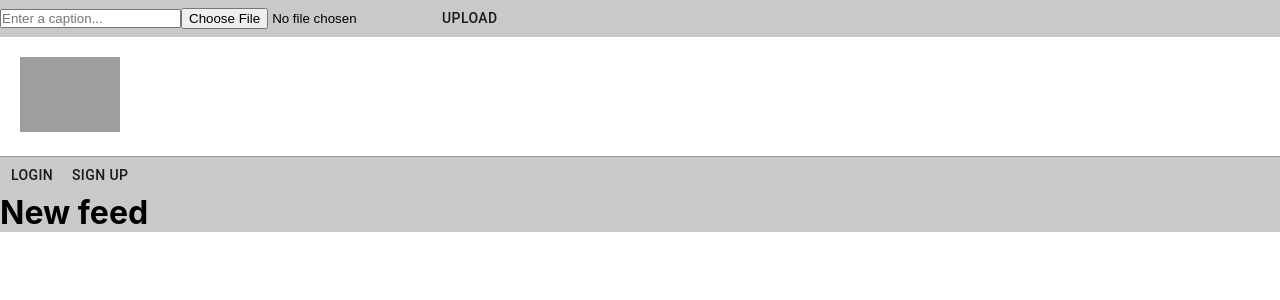
Repository: SerbanLuca/Instagram-clone
Page: /
These files come from the project's save history. The page is drawn as it stood at one moment and after the next save; the edit follows.
The browser window is 1280 px wide. The pictures show the whole page.
Pictures or frames that could not be fetched are drawn as grey boxes. The page's requests for data from a server got no answer. The project was rebuilt for these pictures with package versions that can differ from the ones it lists, and the page was loaded fresh each time. No one was signed in, and anything a server would have sent is missing. Also part of the build but not shown: src/components/Post.css, src/components/Post.js.

Above is the page before, as saved 2021-05-24 18:19:45.

### src/App.js
import './App.css';
import Post from './components/Post'
import React, {useState, useEffect} from 'react'
import {auth, db} from './firebase'
import { makeStyles } from '@material-ui/core/styles';
import Modal from '@material-ui/core/Modal';
import { Button, Input } from '@material-ui/core';
import ImageUpload from './components/ImageUpload';

function getModalStyle() {
  const top = 50;
  const left = 50;

  return {
    top: `${top}%`,
    left: `${left}%`,
    transform: `translate(-${top}%, -${left}%)`,
  };
}

const useStyles = makeStyles((theme) => ({
  paper: {
    position: 'absolute',
    width: 400,
    backgroundColor: theme.palette.background.paper,
    border: '2px solid #000',
    boxShadow: theme.shadows[5],
    padding: theme.spacing(2, 4, 3),
  },
}));


function App() {
  const classes = useStyles();
  const [posts, setPosts] = useState([])
  const [open, setOpen] = useState(false)
  const [modalStyle] = useState(getModalStyle);
  const [username, setUsername] = useState('');
  const [email, setEmail] = useState('')
  const [password, setPassword] = useState('')
  const [user, setUser] = useState(null)
  const [openSignIn, setOpenSignIn] = useState(false)

  useEffect(() => {
    const unsubscribe = auth.onAuthStateChanged((authUser) => {
      if(authUser){
        //user has logged in
        console.log(authUser)
        setUser(authUser)
      }
      else{
        //the user has logged out
        setUser(null)
      }
    })
    return () => {
      unsubscribe()
    }
  },[user, username])

  useEffect(() => {
    db.collection('posts').onSnapshot(snapshot => {
      setPosts(snapshot.docs.map(doc => ({
        id: doc.id,
        post: doc.data()})))
    })
  },[])

  const signUp = (event) => {
    event.preventDefault();
    auth.createUserWithEmailAndPassword(email, password)
    .then((authUser) => {
      return authUser.user.updateProfile({
        displayName: username
      })
    })
    .catch((error) => alert(error.message))
    setOpen(false)
  }

  const signIn = (event) => {
    event.preventDefault();
    auth.signInWithEmailAndPassword(email, password)
    .catch((error) => alert(error.message))
    setOpenSignIn(false)
  }


  return (
    <div className="app">
      <ImageUpload />
      <Modal
        open={open}
        onClose={() => setOpen(false)}
      >
        <div style={modalStyle} className={classes.paper}>
          <form className='app__signup'>
            <center>
              <img src='https://cdn.shopify.com/s/files/1/0249/5892/6941/products/stickerirononInstagram-Logo_3840x.png?v=1615134485' alt='' className='app__headerImage'/>
              <Input placeholder='username' type='text' value={username} onChange={(e) => setUsername(e.target.value)} />
              <Input placeholder='email' type='text' value={email} onChange={(e) => setEmail(e.target.value)} />
              <Input placeholder='password' type='password' value={password} onChange={(e) => setPassword(e.target.value)} />
              <Button onClick={signUp}>Sign Up</Button>
            </center>
          </form>
        </div>
      </Modal>
      <Modal
        open={openSignIn}
        onClose={() => setOpenSignIn(false)}
      >
        <div style={modalStyle} className={classes.paper}>
          <form className='app__signup'>
            <center>
              <img src='https://cdn.shopify.com/s/files/1/0249/5892/6941/products/stickerirononInstagram-Logo_3840x.png?v=1615134485' alt='' className='app__headerImage'/>
              <Input placeholder='email' type='text' value={email} onChange={(e) => setEmail(e.target.value)} />
              <Input placeholder='password' type='password' value={password} onChange={(e) => setPassword(e.target.value)} />
              <Button onClick={signIn}>Sign In</Button>
            </center>
          </form>
        </div>
      </Modal>

      <div className='app__header'>
          <img className='app__headerImage' src='https://cdn.shopify.com/s/files/1/0249/5892/6941/products/stickerirononInstagram-Logo_3840x.png?v=1615134485' alt=''/>
      </div>

      {user ? (
          <Button type='submit'onClick={() => auth.signOut()}>Logout</Button>
      ): (
          <div className='app__loginContainer'>
              <Button type='submit'onClick={() => setOpenSignIn(true)}>Login</Button>
              <Button type='submit'onClick={() => setOpen(true)}>Sign Up</Button>
          </div>
      )}
      <h1>New feed</h1>
      {
        posts.map(({id, post}) => (
          <Post key={id} username={post.username} caption={post.caption} imageURL={post.imageURL}/>
        ))
      }
    </div>
  );
}

export default App;

### src/App.css
*{
  margin: 0;
  padding: 0;
  box-sizing: border-box;
}

.app
{
  background-color: rgb(201, 201, 201);
}

.app__header
{
  object-fit: contain;
  background-color: white;
  padding: 20px;
  border-bottom: 1px solid rgb(156, 156, 156);
}

.app__headerImage
{
  width: 100px;
}

.app__signup
{
  display: flex;
  flex-direction: column;
}

### src/firebase.js
import firebase from 'firebase'

const firebaseApp = firebase.initializeApp({
    apiKey: "AIzaSyBBV2L8xdR2OBDhyUxoTk0fx6Mlwqrt58o",
    authDomain: "instagram-d-55073.firebaseapp.com",
    projectId: "instagram-d-55073",
    storageBucket: "instagram-d-55073.appspot.com",
    messagingSenderId: "330192141086",
    appId: "1:330192141086:web:c664c103389e5e3316270f"
});

const db = firebaseApp.firestore()
const auth = firebase.auth()
const storage = firebase.storage()

export {db, auth, storage}

### src/components/ImageUpload.js
import { Button } from '@material-ui/core'
import React,{useState} from 'react'

function ImageUpload() {

    const [caption, setCaption] = useState('')
    const [image, setImage] = useState(null)
    const [progress, setProgress] = useState(0)

    const handleChange = (e) => {
        if(e.target.files[0]){
            setImage(e.target.files[0]);
        }
    }

    const handleUpload = () => {

    }

    return (
        <div>
            <input type='text' placeholder='Enter a caption...' onChange={event => setCaption(event.target.value)} />
            <input type='file' onChange={handleChange} />
            <Button className='imageupload__button' onClick={handleUpload}>Upload</Button>
        </div>
    )
}

export default ImageUpload

Loaded but not shown: public/index.html (common file); src/index.js (common file); src/index.css (common file)

After the next save:
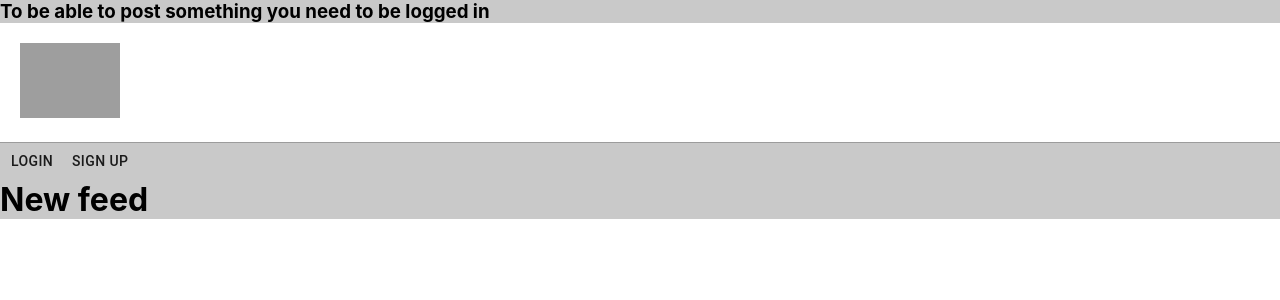
Saved 26 min 21 s later.
--- a/src/App.js
+++ b/src/App.js
@@ -88,7 +88,12 @@ function App() {
 
   return (
     <div className="app">
-      <ImageUpload />
+
+      {user?.displayName ? (
+          <ImageUpload username={user.displayName}/>
+      ):(
+        <h3>To be able to post something you need to be logged in</h3>
+      ) }
       <Modal
         open={open}
         onClose={() => setOpen(false)}
